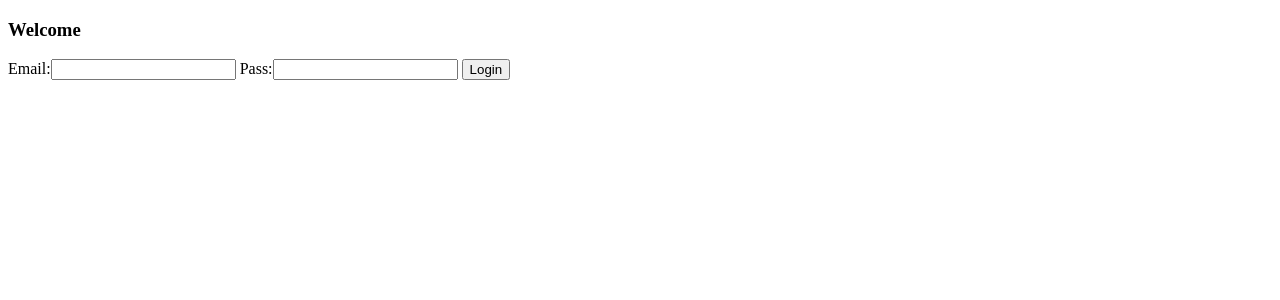
Repository: Karthi-Mano/AdvanceJavaPrograms
Page: FreshVegi/WebContent/Demo.html
The author's editor kept a copy of each file at every save. The page is drawn from the files as they stood at one save, then again after the next save.
The browser window is 1280 px wide. The pictures show the whole page.

Above is the page before, as saved 2018-06-14 10:24:19.

After the next save:
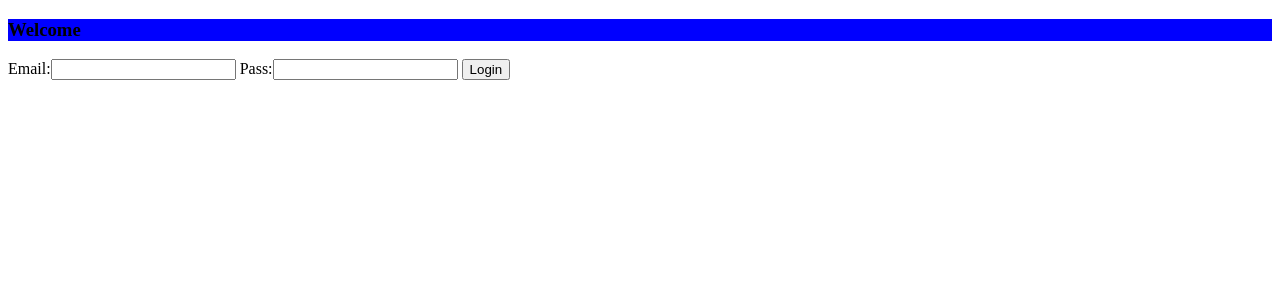
Saved 7 min 38 s later.
--- a/FreshVegi/WebContent/Demo.html
+++ b/FreshVegi/WebContent/Demo.html
@@ -5,7 +5,7 @@
 <title>Insert title here</title>
 </head>
 <body>
-<h3>Welcome</h3>
+<h3 style="background-color: blue;">Welcome</h3>
   <form>
   Email:<input type="text"/>
   Pass:<input type="text"/>

After the 2 saves that followed:
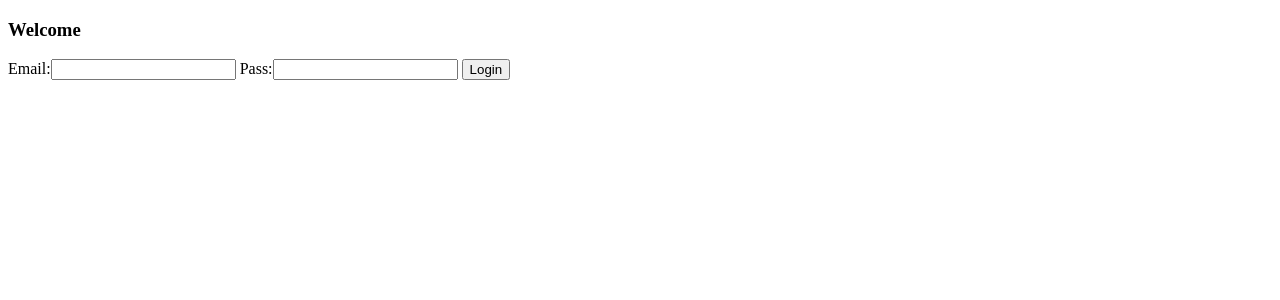
The 2 saves are shown as one change because 1 left the picture as it was.
The last was saved 68 s later.
--- a/FreshVegi/WebContent/Demo.html
+++ b/FreshVegi/WebContent/Demo.html
@@ -5,7 +5,7 @@
 <title>Insert title here</title>
 </head>
 <body>
-<h3 style="background-color: blue;">Welcome</h3>
+<h3>Welcome</h3>
   <form>
   Email:<input type="text"/>
   Pass:<input type="text"/>
